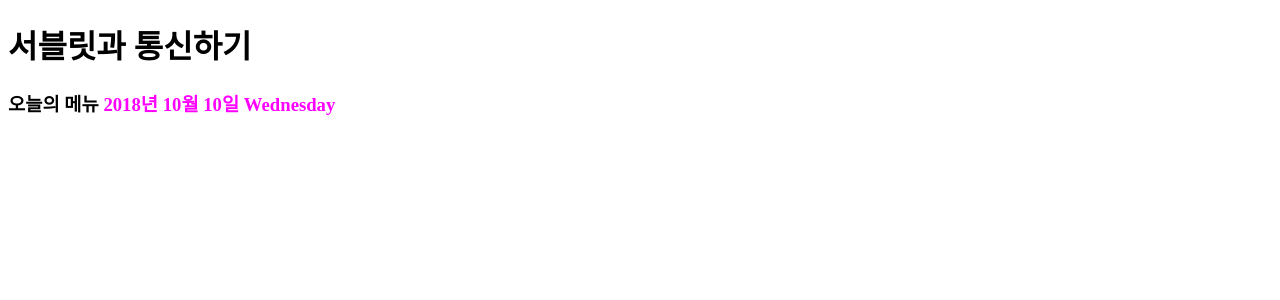
Repository: steeveelee2/WEB_Study
Page: http://localhost/jspProject/views/04_lunchMenuSelect.jsp
An editor plug-in stored every save of this project. The page is shown before and after the next save, followed by the edit.
The browser window is 1280 px wide. The pictures show the whole page.
The page is served by Tomcat 9. Other server files are loaded and not shown.

Above is the page before, as saved 2018-10-15 03:23:18.

### webWorkspace/jspProject/web/views/04_lunchMenuSelect.jsp
<%@ page language="java" contentType="text/html; charset=UTF-8"
    pageEncoding="UTF-8"%>
<!DOCTYPE html>
<html>
<head>
<meta charset="UTF-8">
<title>JSP 테스트 4</title>
</head>
<body>
	<h1>서블릿과 통신하기</h1>
	<h3>오늘의 메뉴 <%@ include file="today.jsp" %></h3>
</body>
</html>

### webWorkspace/jspProject/web/views/today.jsp
<%@ page language="java" contentType="text/html; charset=UTF-8"
    pageEncoding="UTF-8"%>
<%@ page import="java.util.*" %>
<%
	Date now=new Date();
	String today=String.format("%tY년 %tm월 %td일 %tA",now,now,now,now);
%>

<span style="color:magenta;"><%=today %></span>

After the next save:
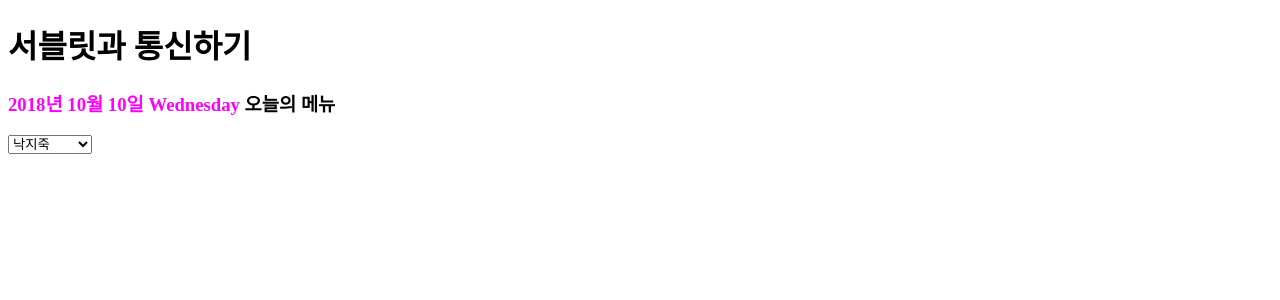
Saved 66 s later.
--- a/webWorkspace/jspProject/web/views/04_lunchMenuSelect.jsp
+++ b/webWorkspace/jspProject/web/views/04_lunchMenuSelect.jsp
@@ -8,6 +8,13 @@
 </head>
 <body>
 	<h1>서블릿과 통신하기</h1>
-	<h3>오늘의 메뉴 <%@ include file="today.jsp" %></h3>
+	<h3><%@ include file="today.jsp" %> 오늘의 메뉴</h3>
+	<select name="menuSelect">
+		<option value="낙지죽">낙지죽</option>
+		<option value="닭갈비">닭갈비</option>
+		<option value="김치볶음밥">김치볶음밥</option>
+		<option value="나쵸">나쵸</option>
+		<option value="김치찌개">김치찌개</option>
+	</select>
 </body>
 </html>
